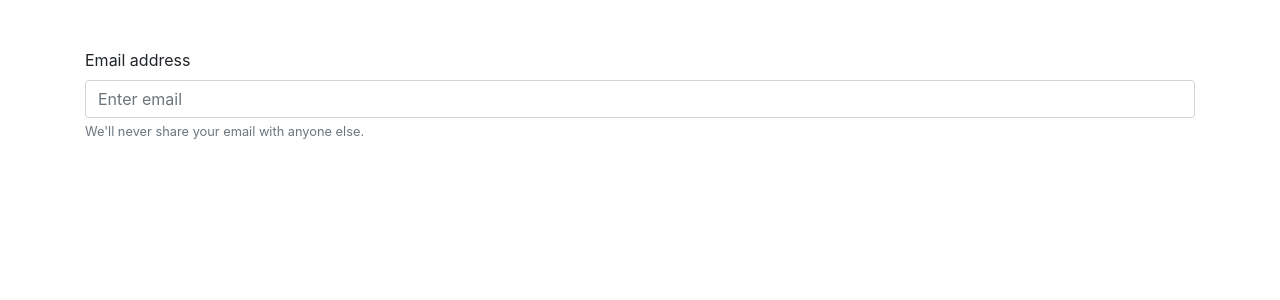
Repository: priyaadya/spring-practice-codes
Page: http://localhost/mvcspring/contact
An editor plug-in stored every save of this project. The page is shown before and after the next save, followed by the edit.
The browser window is 1280 px wide. The pictures show the whole page.
Some web libraries are served in a nearby version. The page is served by Tomcat 9.

Above is the page before, as saved 2023-06-04 05:45:48.

After the next save:
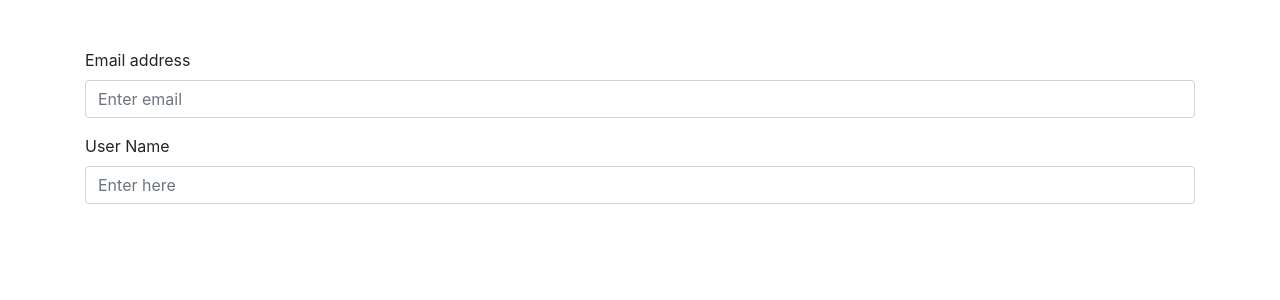
Saved 3 min 51 s later.
--- a/mvcspring/src/main/webapp/WEB-INF/views/contact.jsp
+++ b/mvcspring/src/main/webapp/WEB-INF/views/contact.jsp
@@ -17,13 +17,14 @@
 <div class="container mt-5">
 <form>
 
- <div class="form-group">
+  <div class="form-group">
     <label for="exampleInputEmail1">Email address</label>
-    <input type="email" class="form-control" id="exampleInputEmail1"
-     aria-describedby="emailHelp" placeholder="Enter email">
-    <small id="emailHelp" class="form-text text-muted">
-    We'll never share your email with anyone else.</small>
-
+    <input type="email" class="form-control" id="exampleInputEmail1" aria-describedby="emailHelp" placeholder="Enter email">
+  </div>
+<div class="form-group">
+    <label for="userName">User Name</label>
+    <input type="text" class="form-control" id="userName" placeholder="Enter here">
+  </div>
 
 </form>
 </div>
